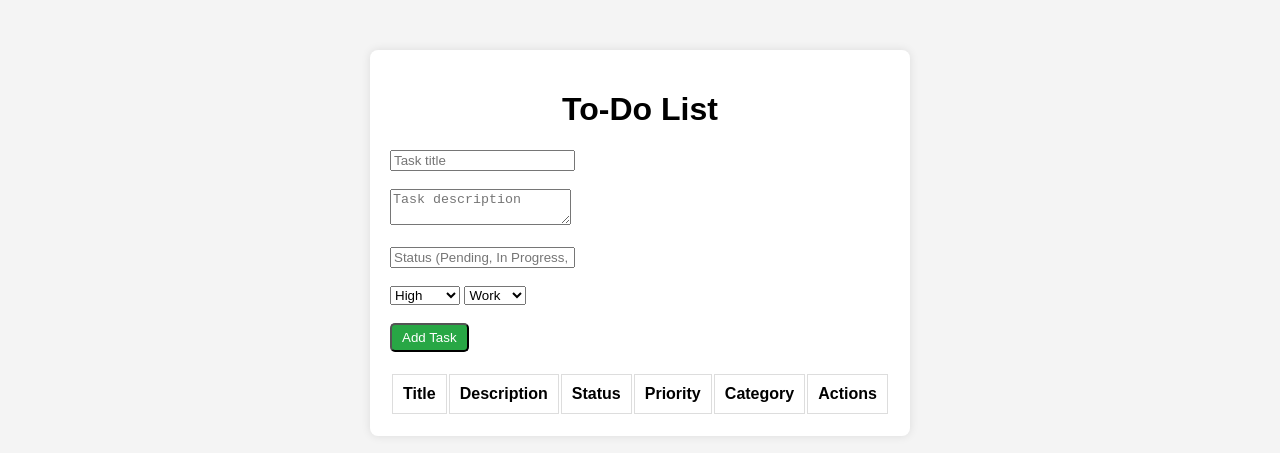
Repository: thinhdh04/python-cuoiky
Page: http://localhost/
These files come from the project's save history. The page is drawn as it stood at one moment and after the next save; the edit follows.
The browser window is 1280 px wide. The pictures show the whole page.
The page is served by the project's application, run on Flask 3 (Bai3/Bai3.py). Queries for data that is not in the repository find no rows.

Above is the page before, as saved 2024-11-23 08:54:06.

### Bai3/templates/index.html
<!DOCTYPE html>
<html lang="en">
<head>
    <meta charset="UTF-8">
    <meta name="viewport" content="width=device-width, initial-scale=1.0">
    <title>To-Do List</title>
    <style>
        body {
            font-family: Arial, sans-serif;
            background-color: #f4f4f4;
        }
        .container {
            width: 500px;
            margin: 50px auto;
            background-color: white;
            padding: 20px;
            border-radius: 8px;
            box-shadow: 0px 0px 10px rgba(0, 0, 0, 0.1);
        }
        h1 {
            text-align: center;
        }
        table {
            width: 100%;
            margin-top: 20px;
        }
        td, th {
            padding: 10px;
            border: 1px solid #ddd;
        }
        .btn {
            background-color: #28a745;
            color: white;
            padding: 5px 10px;
            text-decoration: none;
            border-radius: 5px;
        }
        .btn-danger {
            background-color: red;
        }
        .status {
            color: white;
            padding: 5px;
            border-radius: 5px;
        }
        .pending {
            background-color: orange;
        }
        .in-progress {
            background-color: blue;
        }
        .completed {
            background-color: green;
        }
    </style>
</head>
<body>

<div class="container">
    <h1>To-Do List</h1>

    <form action="/add" method="POST">
        <input type="text" name="title" placeholder="Task title" required><br><br>
        <textarea name="description" placeholder="Task description" required></textarea><br><br>
        <input type="text" name="status" placeholder="Status (Pending, In Progress, Completed)" required><br><br>
        <select name="priority_id">
            <option value="1">High</option>
            <option value="2">Medium</option>
            <option value="3">Low</option>
        </select>
        <select name="category_id">
            <option value="1">Work</option>
            <option value="2">Family</option>
            <option value="3">Study</option>
        </select><br><br>
        <button type="submit" class="btn">Add Task</button>
    </form>

    <table>
        <thead>
            <tr>
                <th>Title</th>
                <th>Description</th>
                <th>Status</th>
                <th>Priority</th>
                <th>Category</th>
                <th>Actions</th>
            </tr>
        </thead>
        <tbody>
            {% for task in tasks %}
            <tr>
                <td>{{ task['title'] }}</td>
                <td>{{ task['description'] }}</td>
                <td>
                    <span class="status {{ task['status']|lower }}">{{ task['status'] }}</span>
                </td>
                <td>{{ task['priority'] }}</td>
                <td>{{ task['category'] }}</td>
                <td>
                    <a href="{{ url_for('edit_task', id=task['id']) }}" class="btn">Edit</a>
                    <form action="{{ url_for('delete_task', id=task['id']) }}" method="POST" style="display:inline;">
                        <button type="submit" class="btn btn-danger">Delete</button>
                    </form>
                    <form action="{{ url_for('update_status', id=task['id'], status='Pending') }}" method="POST" style="display:inline;">
                        <button type="submit" class="btn btn-warning">Mark as Pending</button>
                    </form>
                    <form action="{{ url_for('update_status', id=task['id'], status='In Progress') }}" method="POST" style="display:inline;">
                        <button type="submit" class="btn btn-info">Mark as In Progress</button>
                    </form>
                    <form action="{{ url_for('update_status', id=task['id'], status='Completed') }}" method="POST" style="display:inline;">
                        <button type="submit" class="btn btn-success">Mark as Completed</button>
                    </form>
                </td>
            </tr>
            {% endfor %}
        </tbody>
    </table>
</div>

</body>
</html>

### Bai3/Bai3.py
from flask import Flask, render_template, request, redirect, url_for
import sqlite3

app = Flask(__name__)

# Hàm tạo kết nối cơ sở dữ liệu SQLite
def get_db_connection():
    conn = sqlite3.connect('todo.db')
    conn.row_factory = sqlite3.Row  # Để có thể truy cập cột như từ điển
    return conn

# Hàm tạo bảng ToDo trong cơ sở dữ liệu
def init_db():
    conn = get_db_connection()
    conn.execute('''CREATE TABLE IF NOT EXISTS tasks (
                        id INTEGER PRIMARY KEY AUTOINCREMENT,
                        task TEXT NOT NULL)''')
    conn.commit()
    conn.close()

# Trang chủ hiển thị danh sách công việc
@app.route('/')
def index():
    conn = get_db_connection()
    tasks = conn.execute('SELECT * FROM tasks').fetchall()
    conn.close()
    return render_template('index.html', tasks=tasks)

# Thêm công việc mới
@app.route('/add', methods=['POST'])
def add_task():
    task = request.form['task']
    if task:
        conn = get_db_connection()
        conn.execute('INSERT INTO tasks (task) VALUES (?)', (task,))
        conn.commit()
        conn.close()
    return redirect(url_for('index'))

# Xóa công việc
@app.route('/delete/<int:id>', methods=['POST'])
def delete_task(id):
    conn = get_db_connection()
    conn.execute('DELETE FROM tasks WHERE id = ?', (id,))
    conn.commit()
    conn.close()
    return redirect(url_for('index'))

if __name__ == '__main__':
    init_db()  # Tạo bảng nếu chưa tồn tại
    app.run(debug=True)

After the next save:
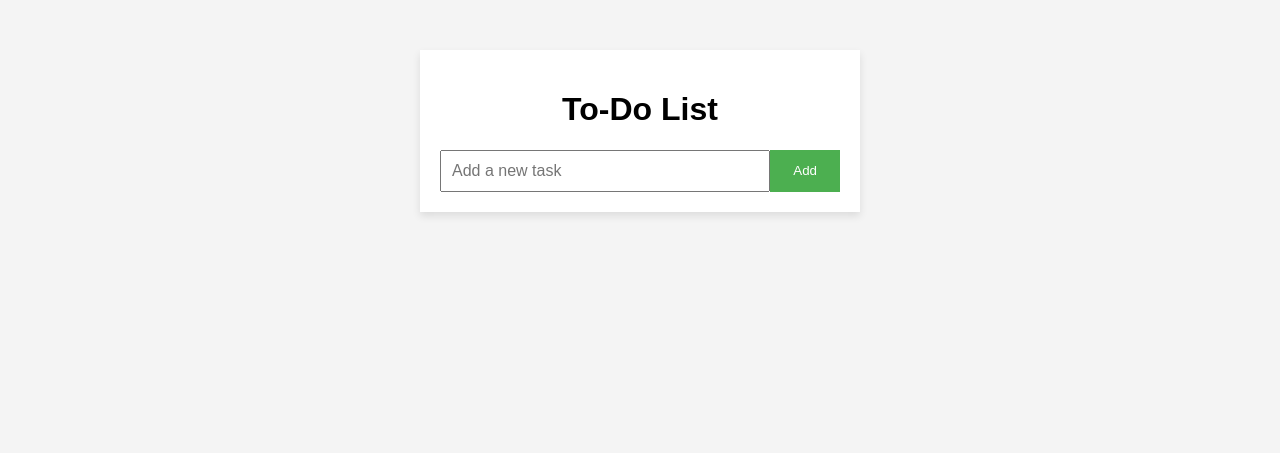
Saved 17 s later.
--- a/Bai3/templates/index.html
+++ b/Bai3/templates/index.html
@@ -8,49 +8,53 @@
         body {
             font-family: Arial, sans-serif;
             background-color: #f4f4f4;
+            margin: 0;
+            padding: 0;
         }
         .container {
-            width: 500px;
+            width: 400px;
             margin: 50px auto;
-            background-color: white;
+            background-color: #fff;
             padding: 20px;
-            border-radius: 8px;
-            box-shadow: 0px 0px 10px rgba(0, 0, 0, 0.1);
+            box-shadow: 0 4px 8px rgba(0, 0, 0, 0.1);
         }
         h1 {
             text-align: center;
         }
-        table {
-            width: 100%;
+        ul {
+            list-style-type: none;
+            padding: 0;
+        }
+        li {
+            padding: 10px;
+            border-bottom: 1px solid #ddd;
+            display: flex;
+            justify-content: space-between;
+        }
+        button {
+            padding: 5px 10px;
+            cursor: pointer;
+            background-color: red;
+            color: white;
+            border: none;
+        }
+        form {
+            display: flex;
+            justify-content: space-between;
             margin-top: 20px;
         }
-        td, th {
+        input[type="text"] {
+            width: 80%;
             padding: 10px;
-            border: 1px solid #ddd;
+            font-size: 16px;
         }
-        .btn {
-            background-color: #28a745;
+        input[type="submit"] {
+            width: 18%;
+            padding: 10px;
+            background-color: #4CAF50;
             color: white;
-            padding: 5px 10px;
-            text-decoration: none;
-            border-radius: 5px;
-        }
-        .btn-danger {
-            background-color: red;
-        }
-        .status {
-            color: white;
-            padding: 5px;
-            border-radius: 5px;
-        }
-        .pending {
-            background-color: orange;
-        }
-        .in-progress {
-            background-color: blue;
-        }
-        .completed {
-            background-color: green;
+            border: none;
+            cursor: pointer;
         }
     </style>
 </head>
@@ -58,64 +62,21 @@
 
 <div class="container">
     <h1>To-Do List</h1>
+    <ul>
+        {% for task in tasks %}
+        <li>
+            {{ task['task'] }}
+            <form action="{{ url_for('delete_task', id=task['id']) }}" method="POST" style="display: inline;">
+                <button type="submit">Delete</button>
+            </form>
+        </li>
+        {% endfor %}
+    </ul>
 
-    <form action="/add" method="POST">
-        <input type="text" name="title" placeholder="Task title" required><br><br>
-        <textarea name="description" placeholder="Task description" required></textarea><br><br>
-        <input type="text" name="status" placeholder="Status (Pending, In Progress, Completed)" required><br><br>
-        <select name="priority_id">
-            <option value="1">High</option>
-            <option value="2">Medium</option>
-            <option value="3">Low</option>
-        </select>
-        <select name="category_id">
-            <option value="1">Work</option>
-            <option value="2">Family</option>
-            <option value="3">Study</option>
-        </select><br><br>
-        <button type="submit" class="btn">Add Task</button>
+    <form action="{{ url_for('add_task') }}" method="POST">
+        <input type="text" name="task" placeholder="Add a new task" required>
+        <input type="submit" value="Add">
     </form>
-
-    <table>
-        <thead>
-            <tr>
-                <th>Title</th>
-                <th>Description</th>
-                <th>Status</th>
-                <th>Priority</th>
-                <th>Category</th>
-                <th>Actions</th>
-            </tr>
-        </thead>
-        <tbody>
-            {% for task in tasks %}
-            <tr>
-                <td>{{ task['title'] }}</td>
-                <td>{{ task['description'] }}</td>
-                <td>
-                    <span class="status {{ task['status']|lower }}">{{ task['status'] }}</span>
-                </td>
-                <td>{{ task['priority'] }}</td>
-                <td>{{ task['category'] }}</td>
-                <td>
-                    <a href="{{ url_for('edit_task', id=task['id']) }}" class="btn">Edit</a>
-                    <form action="{{ url_for('delete_task', id=task['id']) }}" method="POST" style="display:inline;">
-                        <button type="submit" class="btn btn-danger">Delete</button>
-                    </form>
-                    <form action="{{ url_for('update_status', id=task['id'], status='Pending') }}" method="POST" style="display:inline;">
-                        <button type="submit" class="btn btn-warning">Mark as Pending</button>
-                    </form>
-                    <form action="{{ url_for('update_status', id=task['id'], status='In Progress') }}" method="POST" style="display:inline;">
-                        <button type="submit" class="btn btn-info">Mark as In Progress</button>
-                    </form>
-                    <form action="{{ url_for('update_status', id=task['id'], status='Completed') }}" method="POST" style="display:inline;">
-                        <button type="submit" class="btn btn-success">Mark as Completed</button>
-                    </form>
-                </td>
-            </tr>
-            {% endfor %}
-        </tbody>
-    </table>
 </div>
 
 </body>
